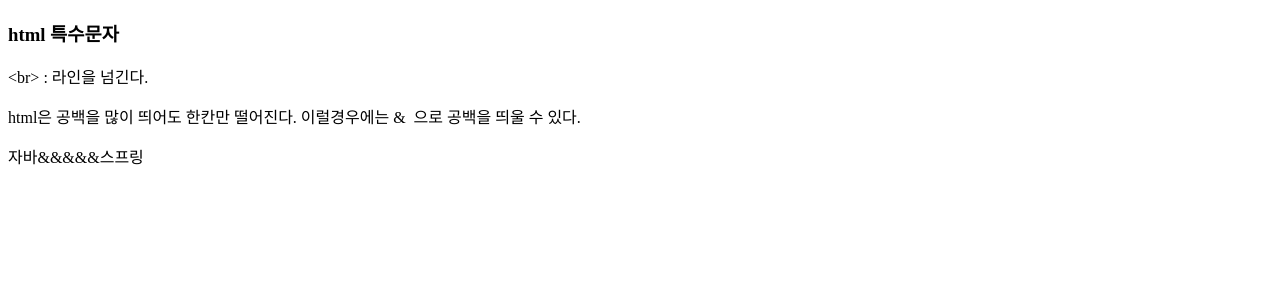
Repository: marudaga/html-css-lecture
Page: work/study/src/main/webapp/htmlEx/ch02/ex05.html
An editor plug-in stored every save of this project. The page is shown before and after the next save, followed by the edit.
The browser window is 1280 px wide. The pictures show the whole page.

Above is the page before, as saved 2022-09-06 05:16:59.

After the next save:
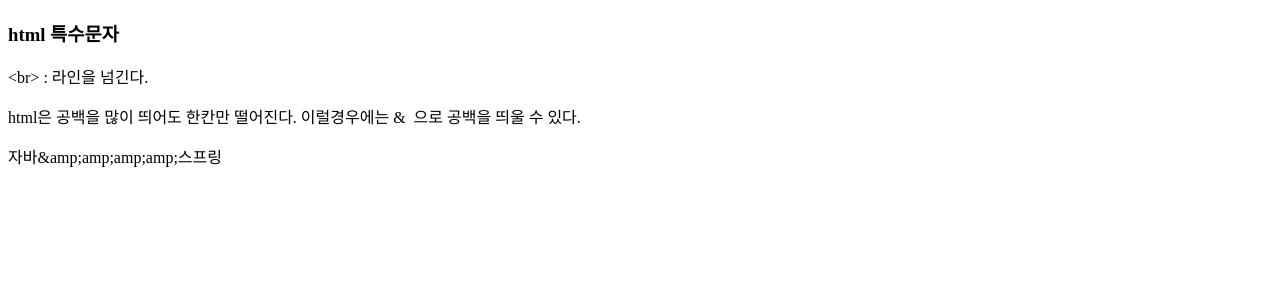
Saved 15 s later.
--- a/work/study/src/main/webapp/htmlEx/ch02/ex05.html
+++ b/work/study/src/main/webapp/htmlEx/ch02/ex05.html
@@ -18,7 +18,7 @@
 이럴경우에는 &amp;&nbsp;  으로 공백을 띄울 수 있다.
 </p>
 <p>
-	자바&amp;&amp;&amp;&amp;&amp;스프링
+	자바&amp;amp;amp;amp;amp;스프링
 </p>
 </body>
 </html>

After the save that followed:
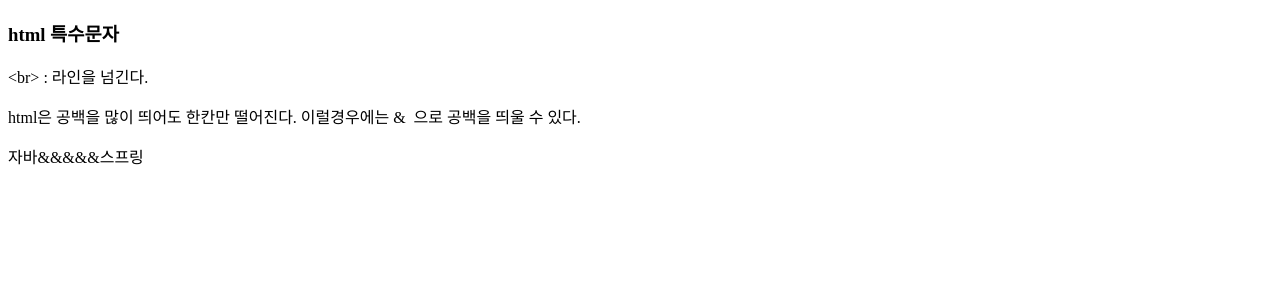
Saved 12 s later.
--- a/work/study/src/main/webapp/htmlEx/ch02/ex05.html
+++ b/work/study/src/main/webapp/htmlEx/ch02/ex05.html
@@ -18,7 +18,7 @@
 이럴경우에는 &amp;&nbsp;  으로 공백을 띄울 수 있다.
 </p>
 <p>
-	자바&amp;amp;amp;amp;amp;스프링
+	자바&amp;&amp;&amp;&amp;&amp;스프링
 </p>
 </body>
 </html>
